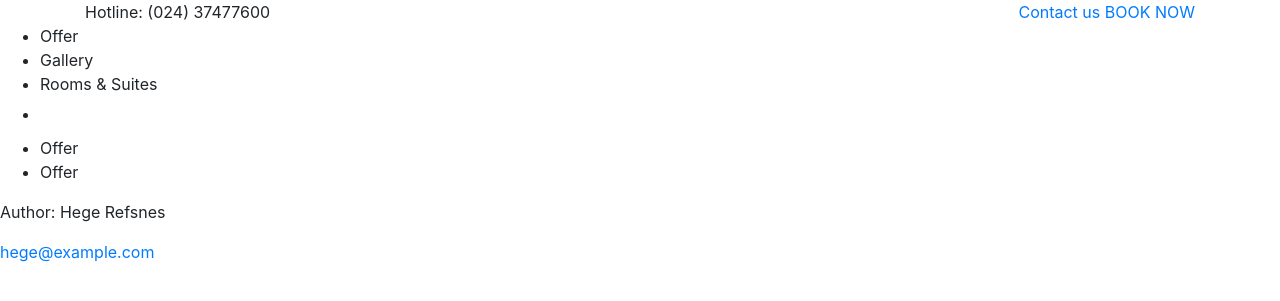
Repository: heishung/project-booking
Page: index.html
These files come from the project's save history. The page is drawn as it stood at one moment and after the next save; the edit follows.
The browser window is 1280 px wide. The pictures show the whole page.
The style sheet was rebuilt from its Sass, Less or Tailwind sources for each picture, by a compiler version that may differ from the author's.

Above is the page before, as saved 2020-11-19 23:10:59.
Console error (its wording comes from the project's code and is left out).

### index.html
<!DOCTYPE html>
<html lang="en">
<head>
    <meta charset="UTF-8">
    <meta name="viewport" content="width=device-width, initial-scale=1.0">
    <title>Document</title>
    <link rel="stylesheet" href="./css/bootstrap.min.css">
    <link rel="stylesheet" href="./css/style.css">
    <script src="./js/bootstrap.bundle.min.js"></script>

</head>
<body>
    <div class="wrapper"></div>
    <header>
        <div class="container d-flex justify-content-between">
            <span>Hotline: (024) 37477600</span>
            <div><a href="#">Contact us</a>
                <a href="#">BOOK NOW</a></div>
        </div>
        <div class="banner">
            <div class="menu">
                <ul>
                    <li>Offer</li>
                    <li>Gallery</li>
                    <li>Rooms & Suites</li>
                    <li><img src="./image/logo.svg" alt="logo"></li>
                    <li>Offer</li>
                    <li>Offer</li>
                </ul>
            </div>
        </div>
    </header>

    <footer>
        <p>Author: Hege Refsnes</p>
        <p><a href="mailto:hege@example.com">hege@example.com</a></p>
    </footer>
    <script src="./js/jquery-3.5.1.slim.min.js"></script>
    <script src="./js/popper.min.js"></script>
    <script src="./js/bootstrap.min.js"></script>
</body>
</html>

Loaded but not shown: css/bootstrap.min.css (library); js/bootstrap.bundle.min.js (library); js/jquery-3.5.1.slim.min.js (library); js/popper.min.js (library); js/bootstrap.min.js (library); css/style.scss (no stored copy; drawn as an empty file)

After the next save:
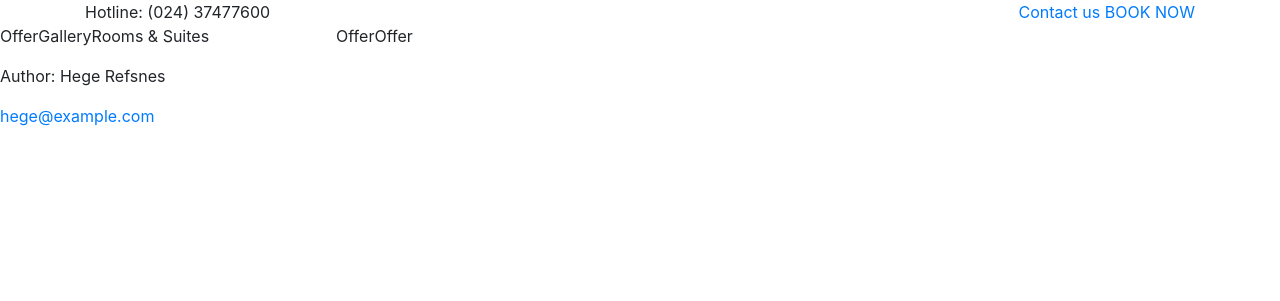
Saved 10 s later.
--- a/index.html
+++ b/index.html
@@ -19,7 +19,7 @@
         </div>
         <div class="banner">
             <div class="menu">
-                <ul>
+                <ul class="nav">
                     <li>Offer</li>
                     <li>Gallery</li>
                     <li>Rooms & Suites</li>
